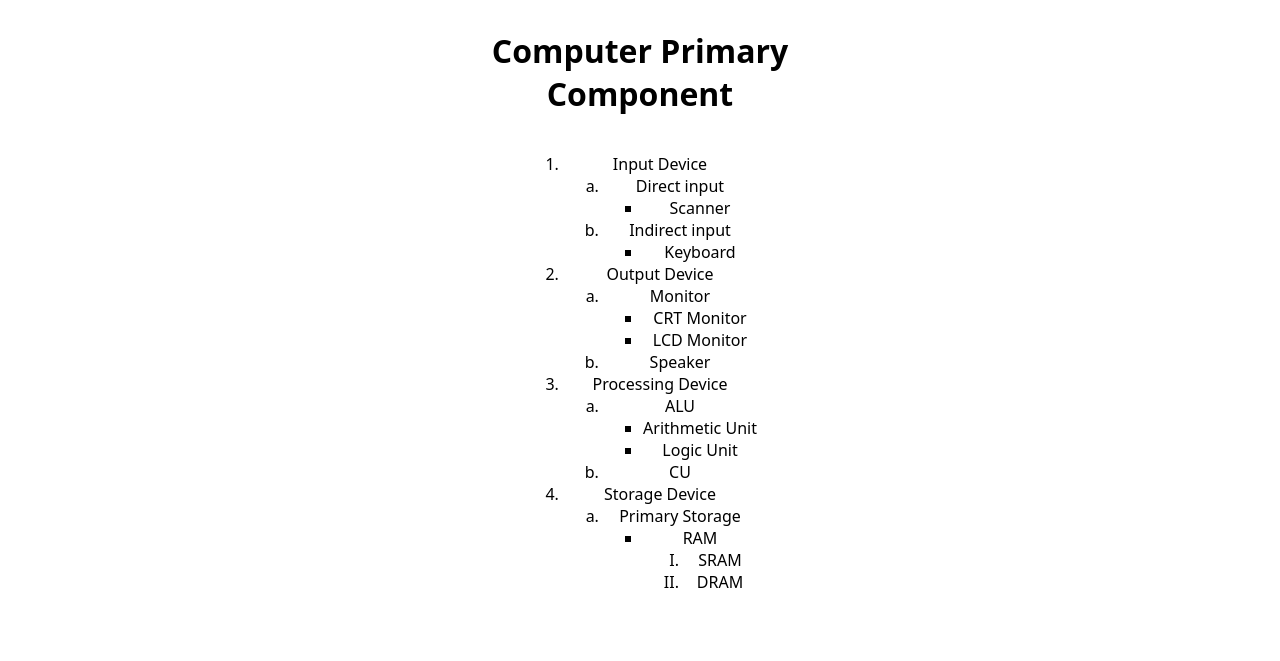
Repository: SharonSebastian32/Nested_List_in_html
Page: index.html
An editor plug-in stored every save of this project. The page is shown before and after a run of saves, followed by the edit.
The browser window is 1280 px wide. The pictures show the whole page.

Above is the page before, as saved 2024-09-01 07:50:33.

### index.html
<!DOCTYPE html>
<html lang="en">
  <head>
    <meta charset="UTF-8" />
    <meta name="viewport" content="width=device-width, initial-scale=1.0" />
    <title>Document</title>
    <link rel="stylesheet" href="./Styles/Styles.css" />
  </head>
  <body> <center><div
      style="
        display: flex;
        justify-content: center;
        align-items: center;
        flex-direction: column;
        background-color: rgb(255, 255, 255);
        width: 450px;
        ;"
    >
      <h1>Computer Primary Component</h1>
      <ol>
        <li>Input Device</li>
        <ol type="a">
          <li>Direct input</li>
          <ul style="list-style-type: square">
            <li>Scanner</li>
          </ul>
          <li>Indirect input</li>
          <ul>
            <li>Keyboard</li>
          </ul>
        </ol>
        <li>Output Device</li>
        <ol type="a">
          <li>Monitor</li>
          <ul>
            <li>CRT Monitor</li>
            <li>LCD Monitor</li>
          </ul>
          <li>Speaker</li>
        </ol>
        <li>Processing Device</li>
        <ol type="a">
          <li>ALU</li>
          <ul>
            <li>Arithmetic Unit</li>
            <li>Logic Unit</li>
          </ul>
          <ul></ul>
          <li>CU</li>
        </ol>
        <li>Storage Device</li>
        <ol type="a">
          <li>Primary Storage</li>
          <ul>
            <li>RAM</li>
            <ol type="I">
              <li>SRAM</li>
              <li>DRAM</li>
            </ol>
          </ul>
        </ol>
      </ol>
    </div></center>

  </body>
</html>

### Styles/Styles.css
*{
    font-family: system-ui, -apple-system, BlinkMacSystemFont, 'Segoe UI', Roboto, Oxygen, Ubuntu, Cantarell, 'Open Sans', 'Helvetica Neue', sans-serif;

}

After the next 3 saves:
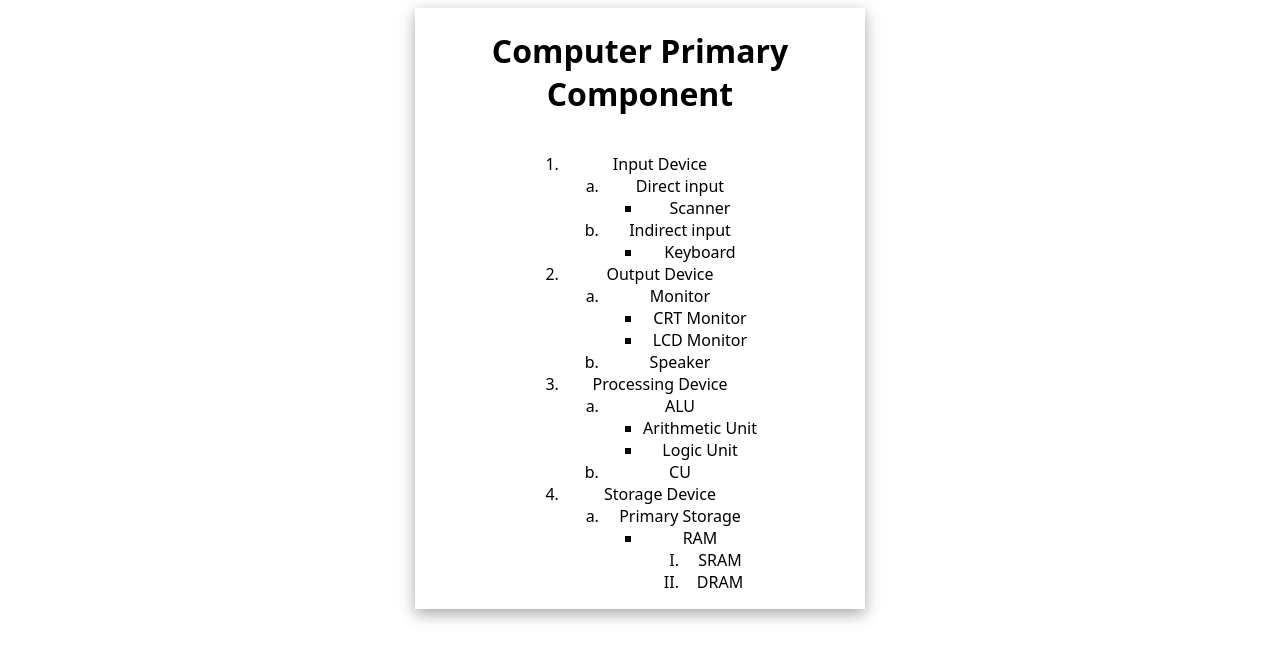
The 3 saves are shown as one change because they came seconds apart.
The last was saved 2 min 27 s later.
--- a/index.html
+++ b/index.html
@@ -6,61 +6,64 @@
     <title>Document</title>
     <link rel="stylesheet" href="./Styles/Styles.css" />
   </head>
-  <body> <center><div
-      style="
-        display: flex;
-        justify-content: center;
-        align-items: center;
-        flex-direction: column;
-        background-color: rgb(255, 255, 255);
-        width: 450px;
-        ;"
-    >
-      <h1>Computer Primary Component</h1>
-      <ol>
-        <li>Input Device</li>
-        <ol type="a">
-          <li>Direct input</li>
-          <ul style="list-style-type: square">
-            <li>Scanner</li>
-          </ul>
-          <li>Indirect input</li>
-          <ul>
-            <li>Keyboard</li>
-          </ul>
+  <body>
+    <center>
+      <div
+        style="
+          display: flex;
+          justify-content: center;
+          align-items: center;
+          flex-direction: column;
+          background-color: rgb(255, 255, 255);
+          width: 450px;
+          box-shadow: rgba(0, 0, 0, 0.35) 0px 5px 15px;
+        "
+      >
+        <h1>Computer Primary Component</h1>
+        <ol>
+          <li>Input Device</li>
+          <ol type="a">
+            <li>Direct input</li>
+            <ul style="list-style-type: square">
+              <li>Scanner</li>
+            </ul>
+            <li>Indirect input</li>
+            <ul>
+              <li>Keyboard</li>
+            </ul>
+          </ol>
+          <li>Output Device</li>
+          <ol type="a">
+            <li>Monitor</li>
+            <ul>
+              <li>CRT Monitor</li>
+              <li>LCD Monitor</li>
+            </ul>
+            <li>Speaker</li>
+          </ol>
+          <li>Processing Device</li>
+          <ol type="a">
+            <li>ALU</li>
+            <ul>
+              <li>Arithmetic Unit</li>
+              <li>Logic Unit</li>
+            </ul>
+            <ul></ul>
+            <li>CU</li>
+          </ol>
+          <li>Storage Device</li>
+          <ol type="a">
+            <li>Primary Storage</li>
+            <ul>
+              <li>RAM</li>
+              <ol type="I">
+                <li>SRAM</li>
+                <li>DRAM</li>
+              </ol>
+            </ul>
+          </ol>
         </ol>
-        <li>Output Device</li>
-        <ol type="a">
-          <li>Monitor</li>
-          <ul>
-            <li>CRT Monitor</li>
-            <li>LCD Monitor</li>
-          </ul>
-          <li>Speaker</li>
-        </ol>
-        <li>Processing Device</li>
-        <ol type="a">
-          <li>ALU</li>
-          <ul>
-            <li>Arithmetic Unit</li>
-            <li>Logic Unit</li>
-          </ul>
-          <ul></ul>
-          <li>CU</li>
-        </ol>
-        <li>Storage Device</li>
-        <ol type="a">
-          <li>Primary Storage</li>
-          <ul>
-            <li>RAM</li>
-            <ol type="I">
-              <li>SRAM</li>
-              <li>DRAM</li>
-            </ol>
-          </ul>
-        </ol>
-      </ol>
-    </div></center>
-
+      </div>
+    </center>
   </body>
 </html>
